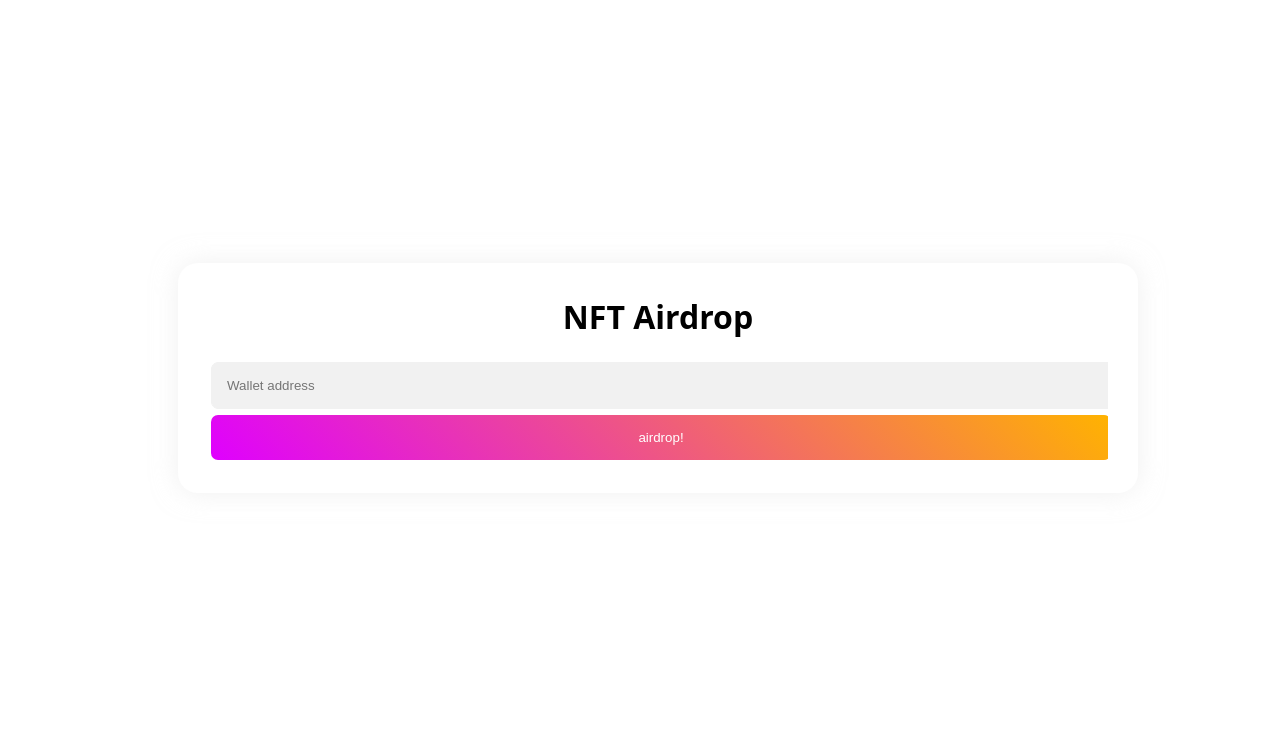
Repository: langf00rd/nft-airdropper
Page: /
These files come from the project's save history. The page is drawn as it stood at one moment and after the next save; the edit follows.
The browser window is 1280 px wide. The pictures show the whole page.
The project was rebuilt for these pictures with package versions that can differ from the ones it lists, and the page was loaded fresh each time.

Above is the page before, as saved 2022-07-15 17:29:47.

After the next save:
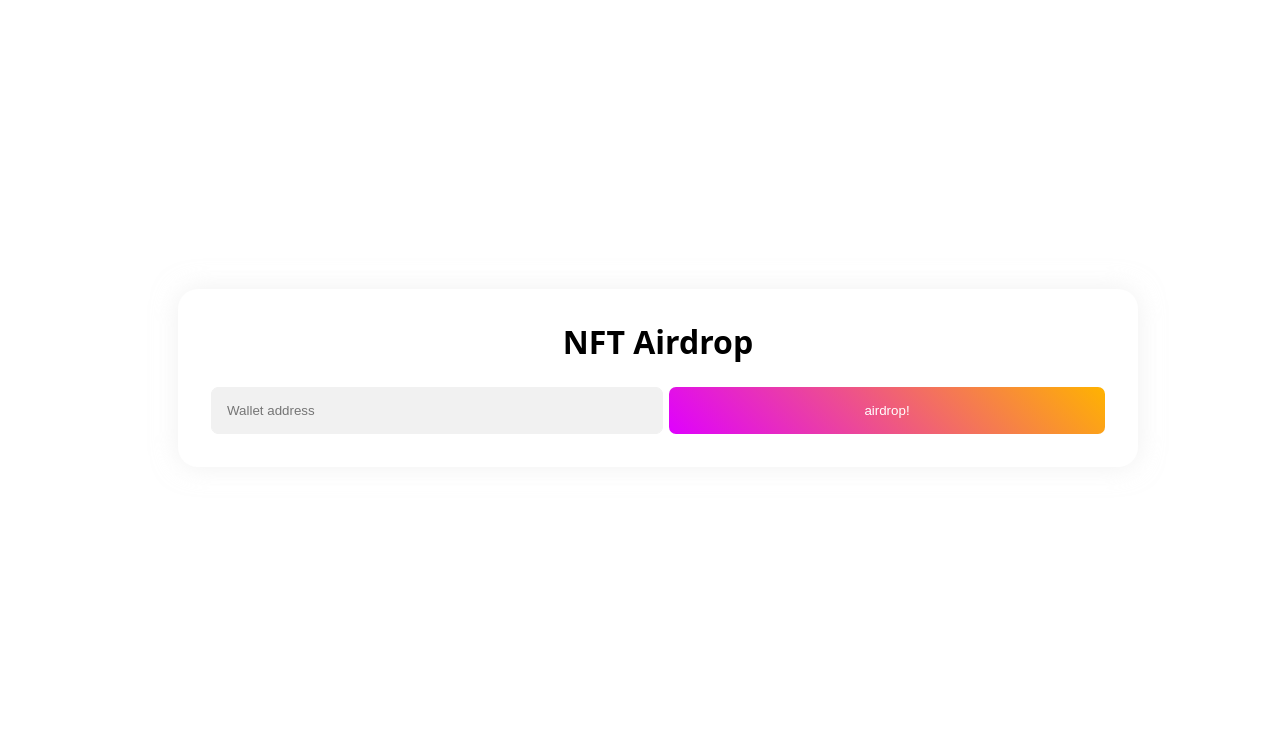
Saved 5 s later.
--- a/src/index.css
+++ b/src/index.css
@@ -27,7 +27,10 @@ main {
   border-radius: 20px;
 }
 
-.input-container {}
+.input-container {
+  display: flex;
+}
+
 
 input,
 button {
